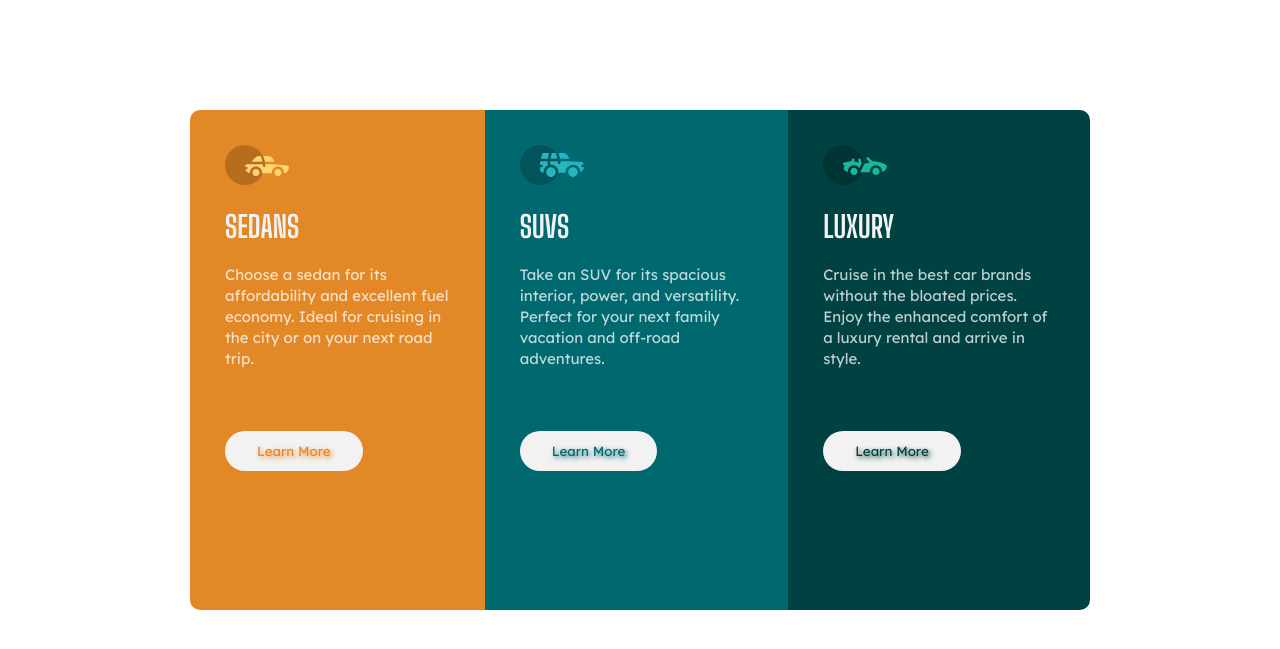
Repository: thaibaocoder1/3-column-card
Page: index.html
The author's editor kept a copy of each file at every save. The page is drawn from the files as they stood at one save, then again after the next save.
The browser window is 1280 px wide. The pictures show the whole page.

Above is the page before, as saved 2023-01-11 21:15:03.

After the next save:
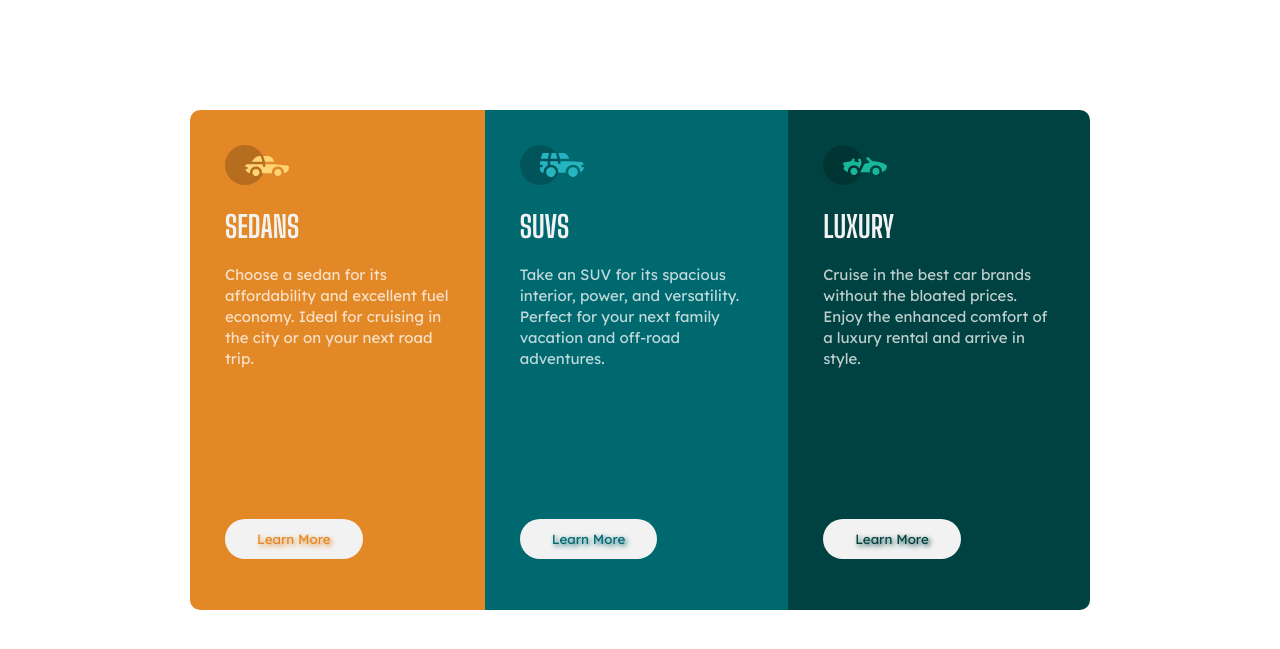
Saved 30 s later.
--- a/styles.css
+++ b/styles.css
@@ -55,7 +55,7 @@
 }
 .container__box .container--content {
     color: var(--white-p);
-    margin-bottom: 6.2rem;
+    margin-bottom: 15rem;
     font-size: 1.5rem;
     line-height: 1.4;
 }
